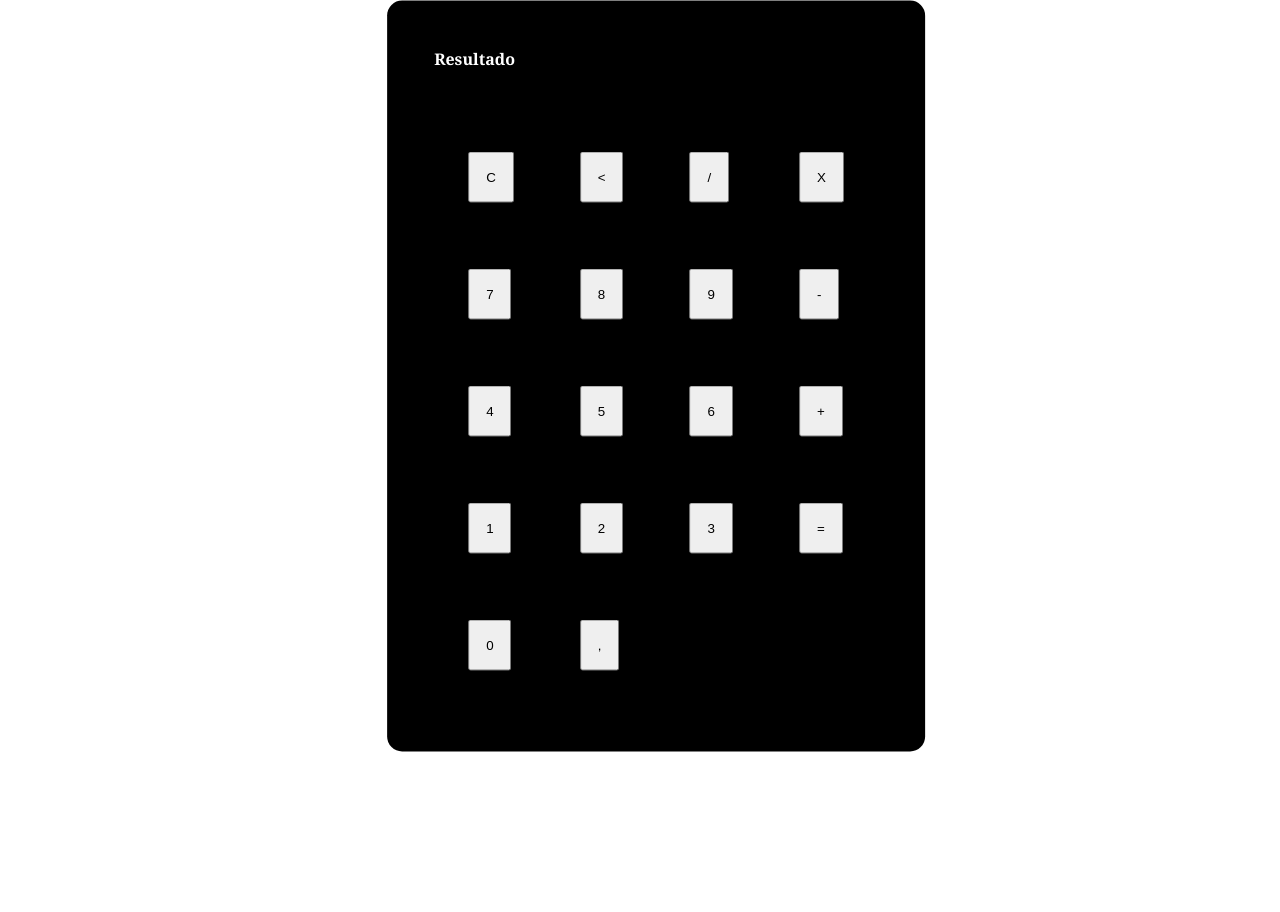
Repository: marllon-hetzler/calculadora.js
Page: interface.html
The author's editor kept a copy of each file at every save. The page is drawn from the files as they stood at one save, then again after the next save.
The browser window is 1280 px wide. The pictures show the whole page.

Above is the page before, as saved 2022-11-04 19:13:38.

### interface.html
<!DOCTYPE html>
<html lang="en">
<head>
    <meta charset="UTF-8">
    <meta http-equiv="X-UA-Compatible" content="IE=edge">
    <meta name="viewport" content="width=, initial-scale=1.0">
    <title>Document</title>
</head>
<body>
    <style>
        *{
            margin: 1rem;
            padding: 1rem;
        }
        .fundo{
            background-image:linear-gradient(45deg,black), red;
            height:100vh;
            color: white;
            font-family: Georgia, 'Times New Roman', Times, serif;
            font-weight: bold;

        }
        .calculadora{
            position:absolute;
            background-color: black;
            top:50%;
            left: 50%;
            transform:translate(-50%,-50%) ;
            border-radius: 15px;
            padding: 15px;


        }
    </style>
    <div class="fundo">
    <h1>Marllon Antonio Machado</h1>
    <div class="calculadora">
        <p>Resultado</p>
        <table>
            <tr>
                <td><button>C</button></td>
                <td><button><</button></td>
                <td><button>/</button></td>
                <td><button>X</button></td>
            </tr>

            <tr>
                <td><button>7</button></td>
                <td><button>8</button></td>
                <td><button>9</button></td>
                <td><button>-</button></td>
            </tr>

            <tr>
                <td><button>4</button></td>
                <td><button>5</button></td>
                <td><button>6</button></td>
                <td><button>+</button></td>
            </tr>

            <tr>
                <td><button>1</button></td>
                <td><button>2</button></td>
                <td><button>3</button></td>
                <td><button>=</button></td>
            </tr>

            <tr>
                <td><button>0</button></td>
                <td><button>,</button></td>

            </tr>
        </table>
    </div>
    </div>
</body>
</html>

After the next save:
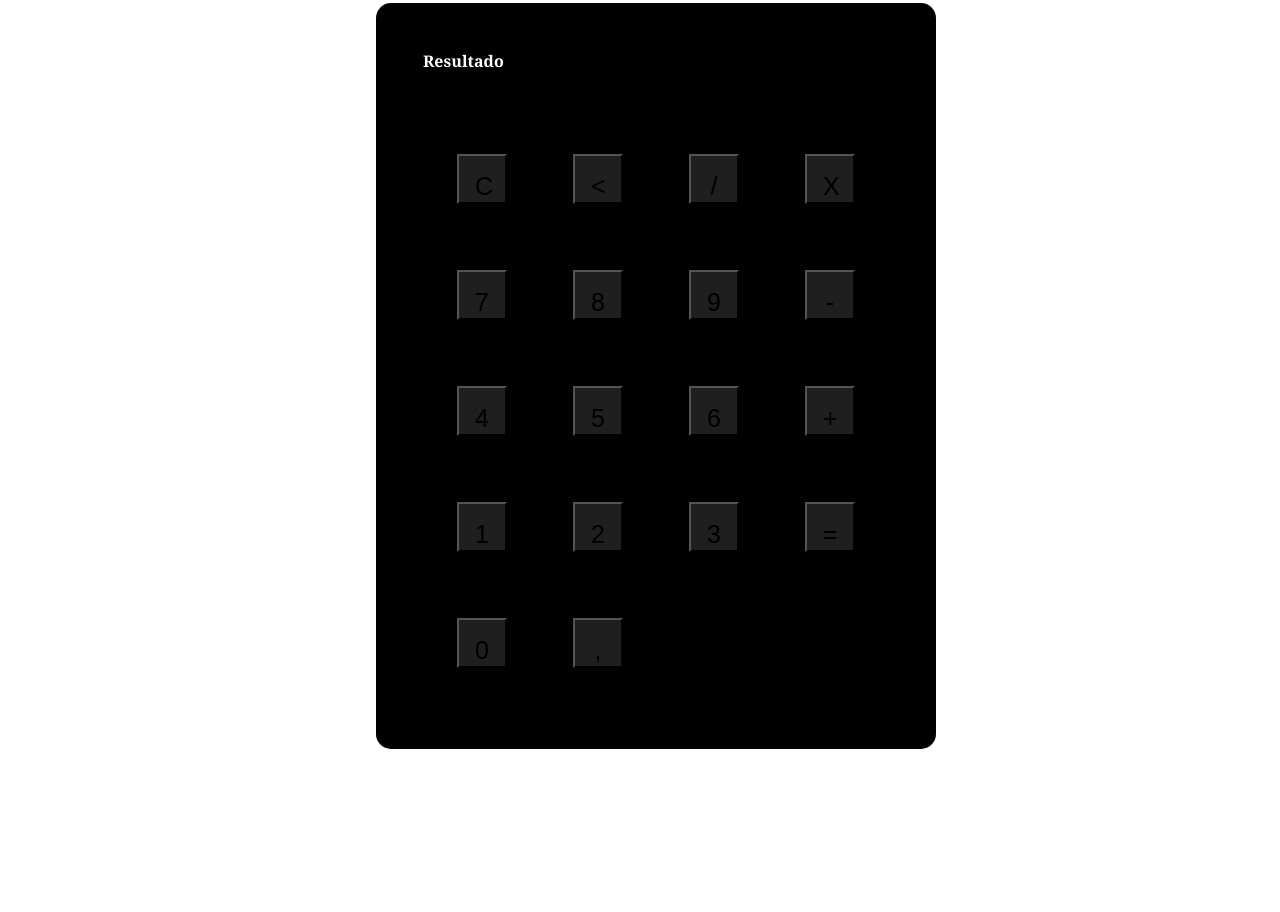
Saved 4 min 34 s later.
--- a/interface.html
+++ b/interface.html
@@ -31,6 +31,14 @@
 
 
         }
+        .botao{
+            width: 50px;
+            height: 50px;
+            font-size: 25px;
+            cursor:pointer;
+            background-color: rgb(31,31,31) ;
+
+            }
     </style>
     <div class="fundo">
     <h1>Marllon Antonio Machado</h1>
@@ -38,36 +46,36 @@
         <p>Resultado</p>
         <table>
             <tr>
-                <td><button>C</button></td>
-                <td><button><</button></td>
-                <td><button>/</button></td>
-                <td><button>X</button></td>
+                <td><button class ="botao">C</button></td>
+                <td><button class ="botao"><</button></td>
+                <td><button class ="botao">/</button></td>
+                <td><button class ="botao">X</button></td>
             </tr>
 
             <tr>
-                <td><button>7</button></td>
-                <td><button>8</button></td>
-                <td><button>9</button></td>
-                <td><button>-</button></td>
+                <td><button class ="botao">7</button></td>
+                <td><button class ="botao">8</button></td>
+                <td><button class ="botao">9</button></td>
+                <td><button class ="botao">-</button></td>
             </tr>
 
             <tr>
-                <td><button>4</button></td>
-                <td><button>5</button></td>
-                <td><button>6</button></td>
-                <td><button>+</button></td>
+                <td><button class ="botao">4</button></td>
+                <td><button class ="botao">5</button></td>
+                <td><button class ="botao">6</button></td>
+                <td><button class ="botao">+</button></td>
             </tr>
 
             <tr>
-                <td><button>1</button></td>
-                <td><button>2</button></td>
-                <td><button>3</button></td>
-                <td><button>=</button></td>
+                <td><button class ="botao">1</button></td>
+                <td><button class ="botao">2</button></td>
+                <td><button class ="botao">3</button></td>
+                <td><button class ="botao">=</button></td>
             </tr>
 
             <tr>
-                <td><button>0</button></td>
-                <td><button>,</button></td>
+                <td><button class ="botao">0</button></td>
+                <td><button class ="botao">,</button></td>
 
             </tr>
         </table>
